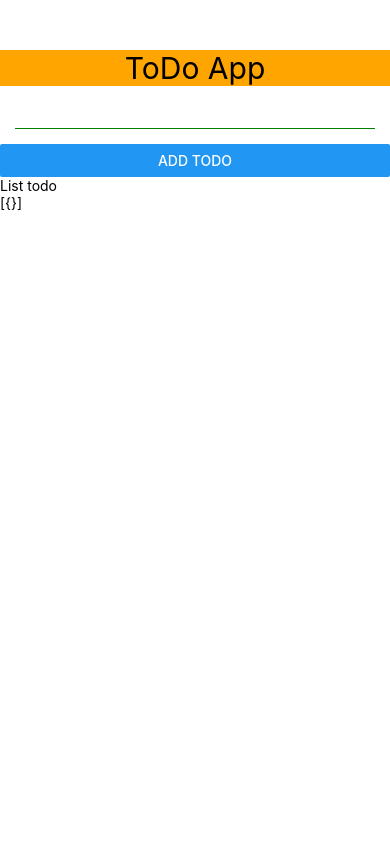
Repository: Ducbii4202/React-Native
Screen: /
The author's editor kept a copy of each file at every save. The screen is drawn from the files as they stood at one save, then again after the next save.
The app was drawn by React Native's web renderer in a window 390 px wide. The project was rebuilt for these pictures with package versions that can differ from the ones it lists, and the page was loaded fresh each time.

Above is the screen before, as saved 2024-09-15 21:14:43.

### App.tsx

import { useState } from 'react';
import { Button, StyleSheet, Text, TextInput, View } from 'react-native';

export default function App() {
  const [todo, setTodo] = useState('');

  const [listTodo, setListTodo] = useState([
    {
      // id: 1, name: 'watching TV'
    }
  ]);


  return (
    <View style={styles.container}>
      <Text style={styles.header}>ToDo App</Text>

      {/* form */}
      <View>
        <TextInput
        style={styles.todoInput}
        />
        <Button title='Add todo'/>
      </View>

      {/* list todo */}
      <View>
        <Text>List todo</Text>
        <Text>{JSON.stringify(listTodo)}</Text>
      </View>

    </View>
  );
}


//css in js
const styles = StyleSheet.create({
  container: {
    flex: 1,
    backgroundColor: '#fff',
    paddingTop: 50,
    // alignItems: 'center',
    // justifyContent: 'center',
  },
  header: {
    backgroundColor: 'orange',
    paddingHorizontal: 20,
    textAlign: 'center',
    fontSize: 30,
  },
  todoInput: {
    borderBottomWidth: 1,
    borderBottomColor: 'green',
    padding: 5,
    marginHorizontal: 15,
    margin: 15.

  },
  body: {
    paddingHorizontal: 10
  }

});

After the next save:
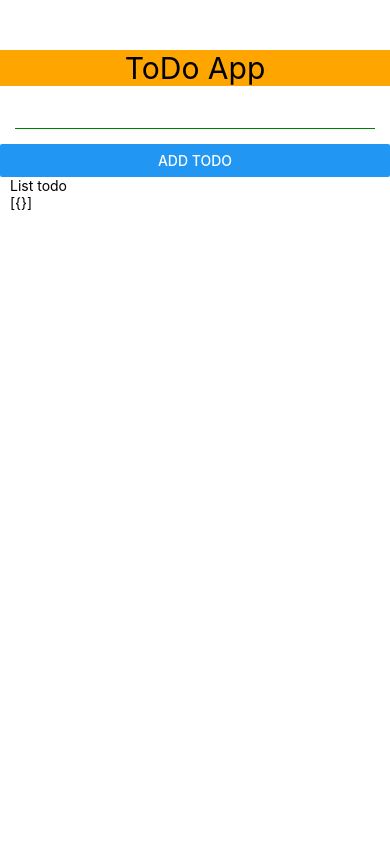
Saved 20 s later.
--- a/App.tsx
+++ b/App.tsx
@@ -25,7 +25,7 @@ export default function App() {
       </View>
 
       {/* list todo */}
-      <View>
+      <View style={styles.body}>
         <Text>List todo</Text>
         <Text>{JSON.stringify(listTodo)}</Text>
       </View>
